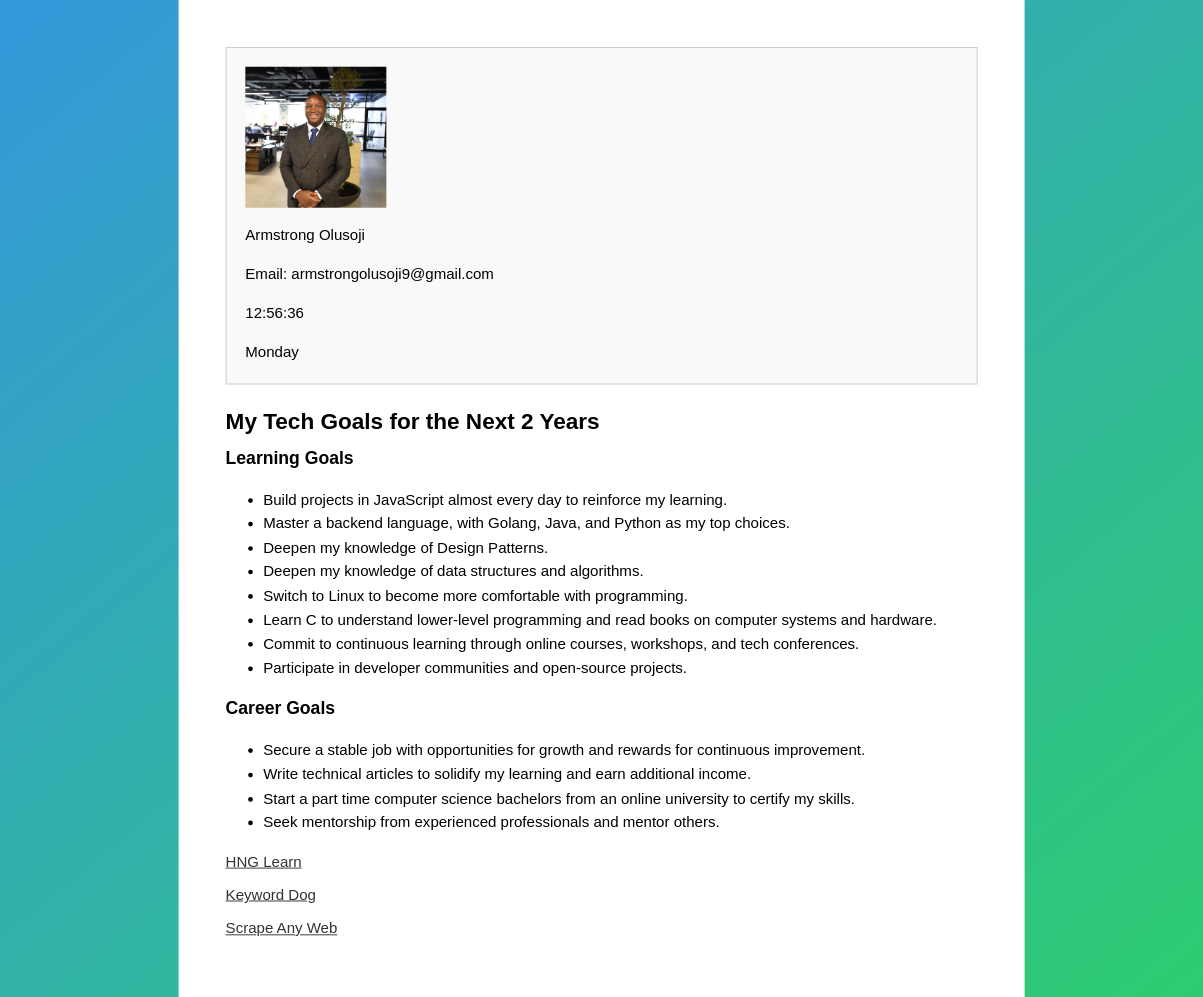
Repository: Armstrong2035/hng-project-one
Page: index.html
An editor plug-in stored every save of this project. The page is shown before and after the next save, followed by the edit.
The browser window is 1280 px wide. The pictures show the whole page, at 94% of full size.

Above is the page before, as saved 2024-07-01 17:05:43.

### index.html
<!DOCTYPE html>
<html>
  <head>
    <meta charset="utf-8" />
    <meta name="viewport" content="width=device-width" />
    <title>Armstrong Olusoji's Goals</title>
    <link href="style.css" rel="stylesheet" type="text/css" />
    <script src="script.js" defer></script>
  </head>
  <body>
    <div id="container">
      <div class="profile-card">
        <div class="profile-picture">
          <img
            src="Headshot.jpg"
            alt="Profile Picture"
            class="headshot"
            data-testid="slackProfilePicture"
          />
        </div>
        <div class="display-information">
          <p data-testid="slackDisplayName">Armstrong Olusoji</p>
          <p data-testid="slackEmail">Email: armstrongolusoji9@gmail.com</p>
          <p data-testid="currentTimeUTC" id="current-time">Loading...</p>
          <p data-testid="currentDay" id="current-day">Loading...</p>
        </div>
      </div>

      <section id="my-goals">
        <h2>My Tech Goals for the Next 2 Years</h2>
        <div class="learning-goals">
          <h3>Learning Goals</h3>
          <ul>
            <li>
              Build projects in JavaScript almost every day to reinforce my
              learning.
            </li>
            <li>
              Master a backend language, with Golang, Java, and Python as my top
              choices.
            </li>
            <li>Deepen my knowledge of Design Patterns.</li>
            <li>Deepen my knowledge of data structures and algorithms.</li>
            <li>
              Switch to Linux to become more comfortable with programming.
            </li>
            <li>
              Learn C to understand lower-level programming and read books on
              computer systems and hardware.
            </li>
            <li>
              Commit to continuous learning through online courses, workshops,
              and tech conferences.
            </li>
            <li>
              Participate in developer communities and open-source projects.
            </li>
          </ul>
        </div>
        <div class="career-goals">
          <h3>Career Goals</h3>
          <ul>
            <li>
              Secure a stable job with opportunities for growth and rewards for
              continuous improvement.
            </li>
            <li>
              Write technical articles to solidify my learning and earn
              additional income.
            </li>
            <li>
              Start a part time computer science bachelors from an online
              university to certify my skills.
            </li>
            <li>
              Seek mentorship from experienced professionals and mentor others.
            </li>
          </ul>
        </div>
      </section>

      <section>
        <a href="https://hng.tech/learn" data-testid="hngLink">HNG Learn</a>
        <a href="https://keyword.dog" data-testid="keywordLink">Keyword Dog</a>
        <a href="https://scrapeanyweb.site" data-testid="scrapeanywebLink"
          >Scrape Any Web</a
        >
      </section>
    </div>
  </body>
</html>

### style.css
body {
  font-family: Arial, sans-serif;
  line-height: 1.6;
  margin: 0;
  padding: 0;
  background: linear-gradient(to bottom right, #3498db, #2ecc71);
}

#container {
  max-width: 800px;
  margin: 0 auto;
  padding: 50px;
  background-color: #fff;
}

.profile-card {
  margin-bottom: 20px;
  display: flex;
  flex-direction: column;
  align-items: flex-start;
  border: 1px solid #ccc;
  padding: 20px 20px;
  background-color: #f9f9f9;
}

.profile-picture {
  height: 150px;
  width: 150px;

  align-self: flex-start;
}

.profile-picture .headshot {
  height: 100%;
  width: 100%;
  object-fit: cover;
}

.display-information p {
  margin-bottom: 1px;
}

h2,
h3 {
  margin: 5px 0;
}

a {
  display: block;
  margin: 10px 0;
  color: #333;
}

a:hover {
  text-decoration: underline;
}

### script.js
function updateTime() {
  const now = new Date();
  const utcTime = now.toISOString().slice(11, 19);
  const day = now.toLocaleDateString("en-US", { weekday: "long" });
  document.getElementById("current-time").textContent = ` ${utcTime}`;
  document.getElementById("current-day").textContent = ` ${day}`;
}

setInterval(updateTime, 1000);
updateTime();

After the next save:
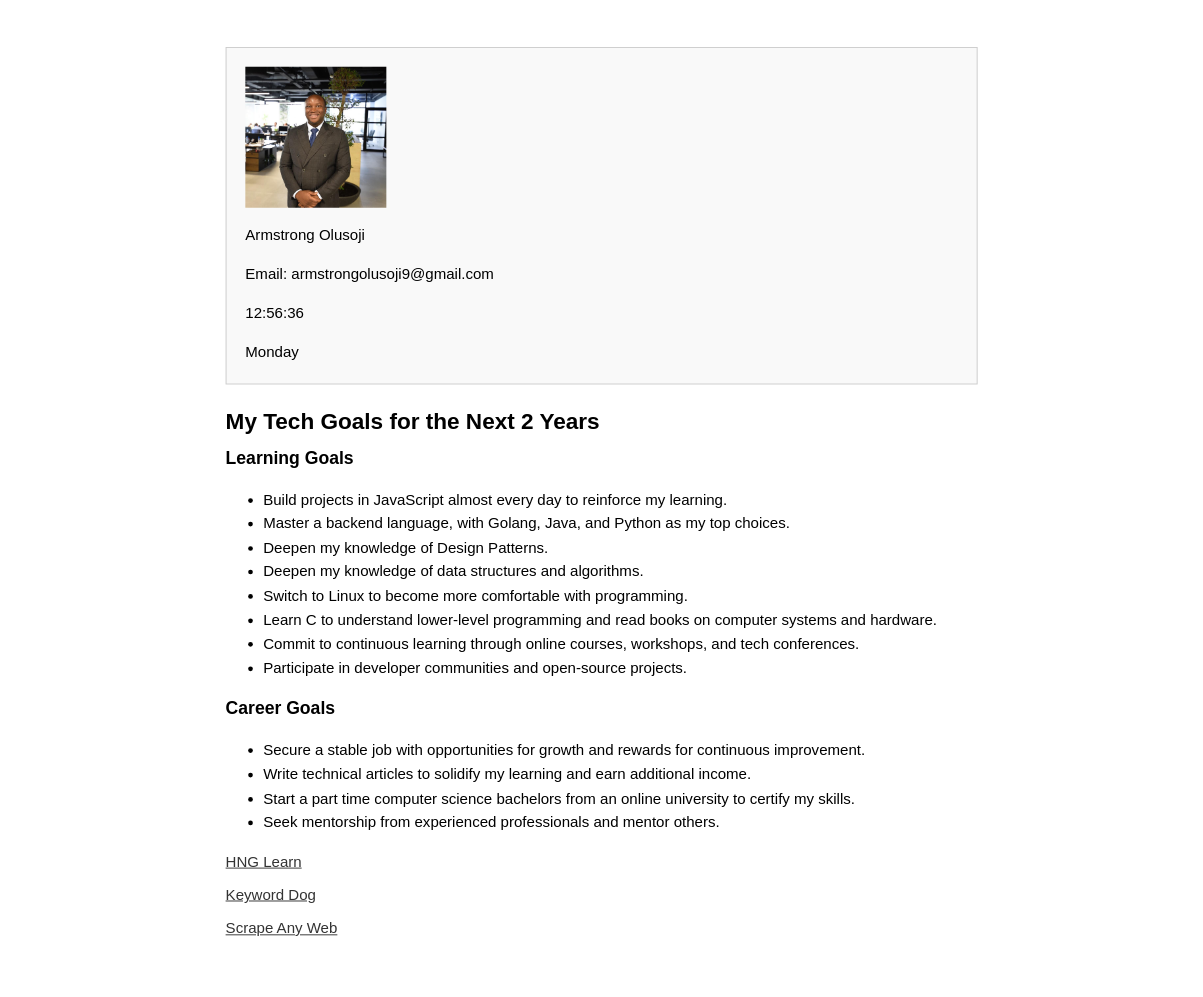
Saved 19 s later.
--- a/style.css
+++ b/style.css
@@ -3,7 +3,7 @@ body {
   line-height: 1.6;
   margin: 0;
   padding: 0;
-  background: linear-gradient(to bottom right, #3498db, #2ecc71);
+  /* background: linear-gradient(to bottom right, #3498db, #2ecc71); */
 }
 
 #container {
